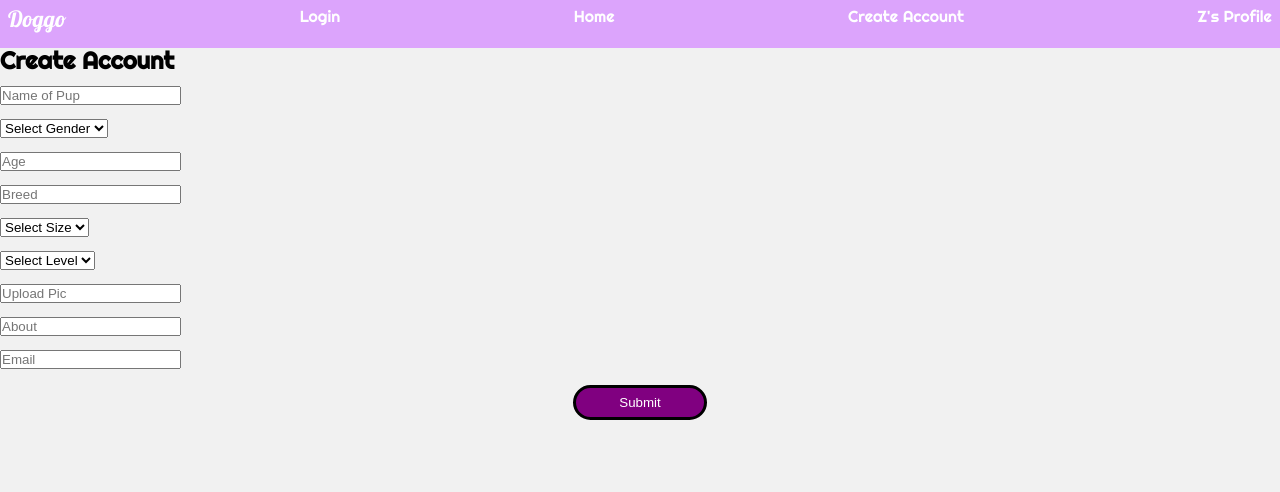
Repository: rh1456/capstone
Page: /2
The author's editor kept a copy of each file at every save. The page is drawn from the files as they stood at one save, then again after a run of saves.
The browser window is 1280 px wide. The pictures show the whole page.
Some web libraries are served in a nearby version. The project was rebuilt for these pictures with package versions that can differ from the ones it lists, and the page was loaded fresh each time. Also part of the build but not shown: src/pages/MainPage.jsx, src/pages/DoggoLandingPage.jsx, src/pages/DogProfile.jsx, src/pages/PlayDateForm.jsx, src/pages/ProfileSettings.jsx.

Above is the page before, as saved 2020-01-12 15:11:03.

### public/index.html
<!DOCTYPE html>
<html lang="en">
  <head>
    <meta charset="utf-8" />
    <link rel="shortcut icon" href="%PUBLIC_URL%/favicon.ico" />
    <meta
      name="viewport"
      content="width=device-width, initial-scale=1, shrink-to-fit=no"
    />
    <meta name="theme-color" content="#000000" />
    <!--
      manifest.json provides metadata used when your web app is added to the
      homescreen on Android. See https://developers.google.com/web/fundamentals/web-app-manifest/
    -->
    <link rel="manifest" href="%PUBLIC_URL%/manifest.json" />
    <!--
      Notice the use of %PUBLIC_URL% in the tags above.
      It will be replaced with the URL of the `public` folder during the build.
      Only files inside the `public` folder can be referenced from the HTML.

      Unlike "/favicon.ico" or "favicon.ico", "%PUBLIC_URL%/favicon.ico" will
      work correctly both with client-side routing and a non-root public URL.
      Learn how to configure a non-root public URL by running `npm run build`.
    -->
    <link
      href="https://fonts.googleapis.com/css?family=Pacifico|Permanent+Marker|Righteous|Roboto&display=swap"
      rel="stylesheet"
    />
    <link
      href="https://fonts.googleapis.com/css?family=Lobster&display=swap"
      rel="stylesheet"
    />
    <script
      src="https://kit.fontawesome.com/d7373701d1.js"
      crossorigin="anonymous"
    ></script>
    <title>Capstone</title>
  </head>
  <body>
    <noscript>
      You need to enable JavaScript to run this app.
    </noscript>
    <div id="root"></div>
    <!--
      This HTML file is a template.
      If you open it directly in the browser, you will see an empty page.

      You can add webfonts, meta tags, or analytics to this file.
      The build step will place the bundled scripts into the <body> tag.

      To begin the development, run `npm start` or `yarn start`.
      To create a production bundle, use `npm run build` or `yarn build`.
    -->
  </body>
</html>

### src/index.js
import React from 'react'
import ReactDOM from 'react-dom'
import './index.css'
// import './styles.scss'
import App from './App'

ReactDOM.render(<App />, document.getElementById('root'))

### src/index.css
@media (min-width: 320px) and (max-width: 480px) {
  :root {
    font: 16px / 1 sans-serif;
  }

  html {
    height: 100%;
  }
  body {
    margin: 0;
    min-height: 100%;
    background-color: #f1f1f1;
    font-family: 'Righteous', cursive;
  }
  .nav-bar-ul {
    display: flex;
    flex-direction: row;
    justify-content: space-between;
    margin: 0;
    height: 3rem;
    background-color: #dca4fc;
    padding: 0;
  }
  .main-nav-li {
    list-style: none;
    padding: 0.5rem;
    color: white;
  }
  .nav-logo {
    font-size: 1.4rem;
    font-family: 'Lobster', cursive;
  }
  .Nav-link {
    color: white;
    text-decoration: none;
  }
  /* Dog profile Stylings */
  .dog-profile-image {
    display: flex;
    justify-content: center;
    /* border-bottom: solid lightgrey; */
  }
  .before-div {
    border: solid black;
    display: block;
    height: 18px;
    border-radius: 50% 50% 0 0;

    bottom: calc(100% - 10px);
    right: -5px;
    left: -5px;
    background-color: blue;
  }
  .profile-image {
    height: 12rem;
    width: 8rem;
    margin: 0;
    border-radius: 8px;
    margin: 0.7rem;
  }
  .profile-about {
    display: flex;
    flex-direction: column;
    height: 5rem;
    font-size: 0.7rem;
  }
  .profile-about h1 {
    align-self: center;
  }
  .profile-about span {
    align-self: center;
    padding: 0.1rem;
  }
  .in-between {
    border-top: solid lightgrey;
    border-bottom: solid lightgrey;
    height: 3rem;
    display: flex;
    justify-content: center;
  }
  .main-about {
    border-bottom: solid lightgrey;
  }
  .profile-logo {
    margin: 0.5rem;
    height: 2rem;
    width: auto;
  }
  .meet {
    display: flex;
    flex-direction: column;
  }
  .meet h1 {
    align-self: center;
  }
  .meet p {
    padding: 1rem;
    font-size: 0.9rem;
    align-self: center;
  }
  .small-pro-pic {
    align-self: center;
    height: 4rem;
    width: auto;
    border: 2px solid black;
    border-radius: 50%;
    margin-top: 0.8rem;
  }
  .match-button {
    align-self: center;
    background-color: purple;
    height: 1.8rem;
    width: 8rem;
    border-radius: 25px;
    border: 3px solid black;
    color: white;
  }
  .playdate-link {
    color: white;
    text-decoration: none;
  }

  /* Dog Landing Stylings */
  .doggo-landing-body {
    margin: 0;
    min-height: 100%;
    background-color: #f1f1f1;
    font-family: 'Righteous', cursive;
  }
  .landing-page-logo {
    display: flex;
    justify-content: center;
    align-content: center;
    flex-direction: column;
  }
  .doggo-logo {
    height: 180px;
    width: 238px;
    align-self: center;
  }
  .doggo-text-section {
    padding-top: 2rem;
    padding-bottom: 2rem;
  }
  .doggo-text {
    display: flex;
    justify-content: center;
    align-content: center;
    font-size: 2rem;
    font-family: 'Lobster', cursive;
  }

  .landing-button {
    display: flex;
    justify-content: center;
    align-content: center;
  }
  .create-account {
    background-color: purple;
    height: 3rem;
    width: 15rem;
    border-radius: 25px;
    border: 3px solid black;
    color: white;
    font-family: 'Roboto', sans-serif;
  }
  .create-account-link {
    color: white;
    text-decoration: none;
    font-style: bold;
  }
  .existing-users {
    display: flex;
    padding-top: 3rem;
    justify-content: center;
    align-content: center;
  }
  /* Create Account Stylings */

  /* Newsfeed Stylings */
  .h1-container {
    display: flex;
    justify-content: center;
    font-size: 0.8rem;
    color: purple;
    height: 1rem;
    font-family: 'Lobster', cursive;
  }
  .newsfeed-header {
    display: flex;
    flex-direction: row;
    flex-wrap: nowrap;
    align-items: stretch;
    overflow-x: auto;
    overflow-y: hidden;
    border-bottom: solid lightgrey;
    height: 8rem;
  }
  .friend-card {
    border: solid black;
    align-self: center;
    margin: 1rem 3rem;
    padding-left: 0.8rem;
    padding-right: 0.8rem;
    border-radius: 0.5rem;
    flex-basis: 33.33%;
    flex-grow: 0;
    flex-shrink: 0;
    height: 4.7rem;
    /* width: 1rem; */
  }

  .welcome-user-message {
    display: flex;
    justify-content: center;
    font-size: 0.7rem;
    border-bottom: solid lightgrey;
  }
  .newsfeed-parent {
    display: flex;
    /* align-items: center; */
    flex-direction: column;
    margin: 1rem;
  }
  .newsfeed {
    /* align-items: stretch; */
    /* display: flex;
    flex-direction: column;
    flex-wrap: nowrap; */
    /* display: flex;
    justify-content: center; */
    width: 300px;
    height: 500px;
    overflow-y: scroll;
    overflow-x: hidden;
  }
  .card {
    max-width: 33.33%;
    padding: 0.75rem;
    margin-bottom: 2rem;
    border: 0;
    /* flex-basis: 33.33%;
    flex-grow: 0;
    flex-shrink: 0; */
  }
  .newsfeed-nav-ul {
    display: flex;
    flex-direction: row;
    font-size: smaller;
    font-style: italic;
    margin: 0rem;
    height: 2rem;
  }
  .newsfeed-nav-li {
    list-style: none;
    margin: 0;
    padding: 1rem;
  }
  .settings-link {
    text-decoration: none;
    color: black;
  }
  .mapbox {
    align-self: center;
    border: solid black;
    height: 6rem;
    width: 6rem;
  }
  /* Playdate form stylings  */

  .playdate-header {
    display: flex;
    justify-content: center;
    margin: 1.5rem;
  }
  .playdate-main {
    display: flex;
    flex-direction: column;
  }
  .playdate-input {
    align-self: center;
    margin: 0.5rem;
  }
  .form-date-submit-button {
    margin-top: 1rem;
    align-self: center;
    background-color: purple;
    height: 1.8rem;
    width: 8rem;
    border-radius: 25px;
    border: 3px solid black;
    color: white;
  }
  /* //Profile setting styling// */
}

/* End of mobile query  */

:root {
  font: 16px / 1 sans-serif;
}

html {
  height: 100%;
}
body {
  margin: 0;
  min-height: 100%;
  background-color: #f1f1f1;
  font-family: 'Righteous', cursive;
}
.nav-bar-ul {
  display: flex;
  flex-direction: row;
  justify-content: space-between;
  margin: 0;
  height: 3rem;
  background-color: #dca4fc;
  padding: 0;
}
.main-nav-li {
  list-style: none;
  padding: 0.5rem;
  color: white;
}
.nav-logo {
  padding: 0.5rem;
  color: white;
  font-size: 1.4rem;
  font-family: 'Lobster', cursive;
}
.Nav-link {
  color: white;
  text-decoration: none;
}
/* Dog profile Stylings */
.dog-profile-image {
  display: flex;
  justify-content: center;
  /* border-bottom: solid lightgrey; */
}
.before-div {
  border: solid black;
  display: block;
  height: 18px;
  border-radius: 50% 50% 0 0;

  bottom: calc(100% - 10px);
  right: -5px;
  left: -5px;
  background-color: blue;
}
.profile-image {
  height: 12rem;
  width: 8rem;
  margin: 0;
  border-radius: 8px;
  margin: 0.7rem;
}
.profile-about {
  display: flex;
  flex-direction: column;
  height: 5rem;
  font-size: 0.7rem;
}
.profile-about h1 {
  align-self: center;
}
.profile-about span {
  align-self: center;
  padding: 0.1rem;
}
.in-between {
  border-top: solid lightgrey;
  border-bottom: solid lightgrey;
  height: 3rem;
  display: flex;
  justify-content: center;
}
.main-about {
  border-bottom: solid lightgrey;
}
.profile-logo {
  margin: 0.5rem;
  height: 2rem;
  width: auto;
}
.meet {
  display: flex;
  flex-direction: column;
}
.meet h1 {
  align-self: center;
}
.meet p {
  padding: 1rem;
  font-size: 0.9rem;
  align-self: center;
}
.small-pro-pic {
  align-self: center;
  height: 4rem;
  width: auto;
  border: 2px solid black;
  border-radius: 50%;
  margin-top: 0.8rem;
}
.match-button {
  align-self: center;
  background-color: purple;
  height: 1.8rem;
  width: 8rem;
  border-radius: 25px;
  border: 3px solid black;
  color: white;
}

/* Dog Landing Stylings */
.doggo-landing-body {
  margin: 0;
  min-height: 100%;
  background-color: #f1f1f1;
  font-family: 'Righteous', cursive;
}
.landing-page-logo {
  display: flex;
  justify-content: center;
  align-content: center;
  flex-direction: column;
}
.doggo-logo {
  height: 180px;
  width: 238px;
  align-self: center;
}
.doggo-text-section {
  padding-top: 2rem;
  padding-bottom: 2rem;
}
.doggo-text {
  display: flex;
  justify-content: center;
  align-content: center;
  font-size: 2rem;
}

.landing-button {
  display: flex;
  justify-content: center;
  align-content: center;
}
.create-account {
  background-color: purple;
  height: 3rem;
  width: 15rem;
  border-radius: 25px;
  border: 3px solid black;
  color: white;
  font-family: 'Roboto', sans-serif;
}
.existing-users {
  display: flex;
  padding-top: 3rem;
  justify-content: center;
  align-content: center;
}
/* Create Account Stylings */
.create-account-div {
  display: flex;
  flex-direction: column;
  font-size: 2rem;
}
.submit-account {
  margin-top: 1rem;
  align-self: center;
  background-color: purple;
  height: 1.8rem;
  width: 8rem;
  border-radius: 25px;
  border: 3px solid black;
  color: white;
}

/* Newsfeed Stylings */
.h1-container {
  display: flex;
  justify-content: center;
  font-size: 0.8rem;
  color: purple;
  height: 1rem;
  font-family: 'Lobster', cursive;
}
.newsfeed-header {
  display: flex;
  flex-direction: row;
  flex-wrap: nowrap;
  align-items: stretch;
  overflow-x: auto;
  overflow-y: hidden;
  border-bottom: solid lightgrey;
  height: 8rem;
}
.friend-card {
  border: solid black;
  align-self: center;
  margin: 1rem 3rem;
  padding-left: 0.8rem;
  padding-right: 0.8rem;
  border-radius: 0.5rem;
  flex-basis: 33.33%;
  flex-grow: 0;
  flex-shrink: 0;
  height: 4.7rem;
  width: 1rem;
}
/* .feed-head-left-button,
  .feed-head-right-button {
    display: flex;
    justify-content: center;
    align-content: center;
    color: white;
    font-size: 2rem;
    width: 2.5rem;
    margin: 4rem 0rem;
    background-color: purple;
    border: none;
  }
  .feed-head-left-button {
    border-radius: 0rem 1rem 1rem 0rem;
  }
  .feed-head-right-button {
    border-radius: 1rem 0rem 0rem 1rem;
  }  */
.welcome-user-message {
  display: flex;
  justify-content: center;
  font-size: 0.7rem;
  border-bottom: solid lightgrey;
}
.newsfeed-parent {
  display: flex;
  justify-content: center;
  align-content: center;
}
.newsfeed {
  align-items: stretch;
  display: flex;
  flex-direction: column;
  flex-wrap: nowrap;
  display: flex;
  justify-content: center;
  width: 120px;
  height: 400px;
  overflow-y: scroll;
  overflow-x: hidden;
}
.card {
  max-width: 33.33%;
  padding: 0.75rem;
  margin-bottom: 2rem;
  border: 0;
  /* flex-basis: 33.33%;
    flex-grow: 0;
    flex-shrink: 0; */
}

### src/App.jsx
import React from 'react'
import { BrowserRouter as Router, Link, Route, Switch } from 'react-router-dom'
import MainPage from './pages/MainPage'
import DoggoLandingPage from './pages/DoggoLandingPage'
import CreateAccount from './pages/CreateAccount'
import DogProfile from './pages/DogProfile'
import PlayDateForm from './pages/PlayDateForm'
import ProfileSettings from './pages/ProfileSettings'
const App = () => {
  return (
    <Router>
      <header>
        <nav>
          <ul className="nav-bar-ul">
            <li className="nav-logo">Doggo</li>
            <li className="main-nav-li">
              <Link className="Nav-link" to="/">
                Login
              </Link>
            </li>
            <li className="main-nav-li">
              <Link className="Nav-link" to="/1">
                Home
              </Link>
            </li>
            <li className="main-nav-li">
              <Link className="Nav-link" to="/2">
                Create Account
              </Link>
            </li>
            <li className="main-nav-li">
              <Link className="Nav-link" to="/3">
                Z's Profile
              </Link>
            </li>
          </ul>
        </nav>
      </header>
      <Switch>
        <Route exact path="/" component={DoggoLandingPage}></Route>
        <Route exact path="/1" component={MainPage}></Route>
        <Route exact path="/2" component={CreateAccount}></Route>
        <Route path="/3" component={DogProfile}></Route>
        <Route path="/4" component={PlayDateForm}></Route>
        <Route path="/5" component={ProfileSettings}></Route>
      </Switch>
    </Router>
  )
}

export default App

### src/pages/CreateAccount.jsx
import React, { useEffect, useState } from 'react'
import './createAccount.css'

const CreateAccount = () => {
  const [name, setName] = useState('')
  const [gender, setGender] = useState('')
  const [age, setAge] = useState('')
  const [breed, setBreed] = useState('')
  const [size, setSize] = useState('')
  const [about, setAbout] = useState('')
  const [email, setEmail] = useState('')
  return (
    <>
      <section className="create-account-head">
        <h1 className="create-account-h1">Create Account</h1>
      </section>
      <div className="create-account-div">
        <section className="create-account-details">
          <label className="create-label" htmlFor="dogs-name"></label>
          <input
            className="create-input"
            type="text"
            placeholder="Name of Pup"
          ></input>
        </section>
        <section className="create-account-details">
          <label className="create-label" htmlFor="gender"></label>
          <select className="create-input" type="text" placeholder="Gender">
            <option value="selectGender">Select Gender</option>
            <option value="male">Male</option>
            <option value="female">Female</option>
          </select>
        </section>
        <section className="create-account-details">
          <label className="create-label" htmlFor="Age"></label>
          <input
            className="create-input"
            placeholder="Age"
            input="text"
          ></input>
        </section>
        <section className="create-account-details">
          <label className="create-label" htmlFor="Breed"></label>
          <input
            className="create-input"
            placeholder="Breed"
            input="text"
          ></input>
        </section>
        <section className="create-account-details">
          <label className="create-label" htmlFor="size"></label>
          <select className="create-input" type="text">
            <option value="">Select Size</option>
            <option value="small">Small</option>
            <option value="medium">Medium</option>
            <option value="large">Large</option>
          </select>
          <section className="create-account-details">
            <label className="create-label" htmlFor="energy"></label>
            <select className="create-input" type="text">
              <option value="">Select Level</option>
              <option value="hyper">Hyper</option>
              <option value="tame">Tame</option>
            </select>
            <section className="create-account-details">
              <label className="create-label" htmlFor="img"></label>
              <input
                placeholder="Upload Pic"
                className="create-input"
                type="url"
              ></input>
            </section>
            <section className="create-account-details">
              <label className="create-label" htmlFor="About"></label>
              <input
                className="create-input"
                placeholder="About"
                type="text"
              ></input>
            </section>
            <section className="create-account-details"></section>
            <label className="create-label" htmlFor="username"></label>
            <input
              placeholder="Email"
              className="create-input"
              type="text"
            ></input>
          </section>
        </section>
        <button className="submit-account">Submit</button>
      </div>
    </>
  )
}

export default CreateAccount

### src/pages/createAccount.css
@media (min-width: 320px) and (max-width: 480px) {
  *,
  *::after,
  *::before {
    margin: 0;
    padding: 0;
    box-sizing: inherit;
    font-size: 62, 5%;
  }

  .create-account-div {
    height: 100vh;
    width: 100%;
    /* background: #0f2027; /* fallback for old browsers */
    /* background: linear-gradient(to right, #2c5364, #203a43, #0f2027); */
    display: flex;
    justify-content: center;
    align-items: center;
    /* height: 100vh; */
    color: black;
  }
  .create-label {
    font-size: 1.2rem;
    margin-left: 1rem;
    margin-right: 1rem;
    margin-top: 0.7rem;
    display: block;
    transition: all 0.3s;
    transform: translateY(0rem);
  }
  .create-input {
    color: #333;
    font-size: 1.2rem;
    margin-left: 0;
    padding: 1.5rem 2rem;
    border-radius: 0.2rem;
    background-color: rgb(255, 255, 255);
    border: none;
    width: 90%;
    display: block;
    border-bottom: 0.3rem solid transparent;
    transition: all 0.3s;
  }

  .form__input:placeholder-shown + .form__label {
    opacity: 0;
    visibility: hidden;
    -webkit-transform: translateY(-4rem);
    transform: translateY(-4rem);
  }

  .submit-account {
    margin: 1.5rem;
    align-self: center;
    background-color: purple;
    height: 1.8rem;
    width: 8rem;
    border-radius: 25px;
    border: 3px solid black;
    color: white;
  }
  .create-account-head {
    display: flex;
    font-size: 1.5rem;
  }
  .create-account-h1 {
    align-self: center;
    padding: 1rem;
  }
  .existing-users-link {
    font-style: italic;
    text-decoration: none;
  }
}

### src/pages/profileSettings.css
*,
*::after,
*::before {
  margin: 0;
  padding: 0;
  box-sizing: inherit;
  font-size: 62, 5%;
}
.update-account-details {
  display: flex;
  margin: 1rem;
  justify-content: center;
  align-items: center;
  /* height: 100vh; */
  color: black;
}

.update-label {
  font-size: 1.2rem;
  margin-left: 2rem;
  margin-top: 0.7rem;

  display: block;
  transition: all 0.3s;
  transform: translateY(0rem);
}
.basic-slide {
  color: #333;
  font-size: 1.2rem;
  margin: 0 auto;
  padding: 1rem;
  border-radius: 0.2rem;
  background-color: rgb(255, 255, 255);
  border: none;
  width: 90%;
  display: block;
  border-bottom: 0.3rem solid transparent;
  transition: all 0.3s;
}
.basic-slide:placeholder-shown + .update-label {
  opacity: 3;
  visibility: hidden;
  -webkit-transform: translateY(-4rem);
  transform: translateY(-4rem);
}
.setting-header {
  display: flex;
  justify-content: center;
  align-items: center;
  flex-direction: column;
}
.settings-p {
  font-size: 2rem;
  margin: 2rem;
}
span {
  margin: 1rem;
}

After the next 2 saves:
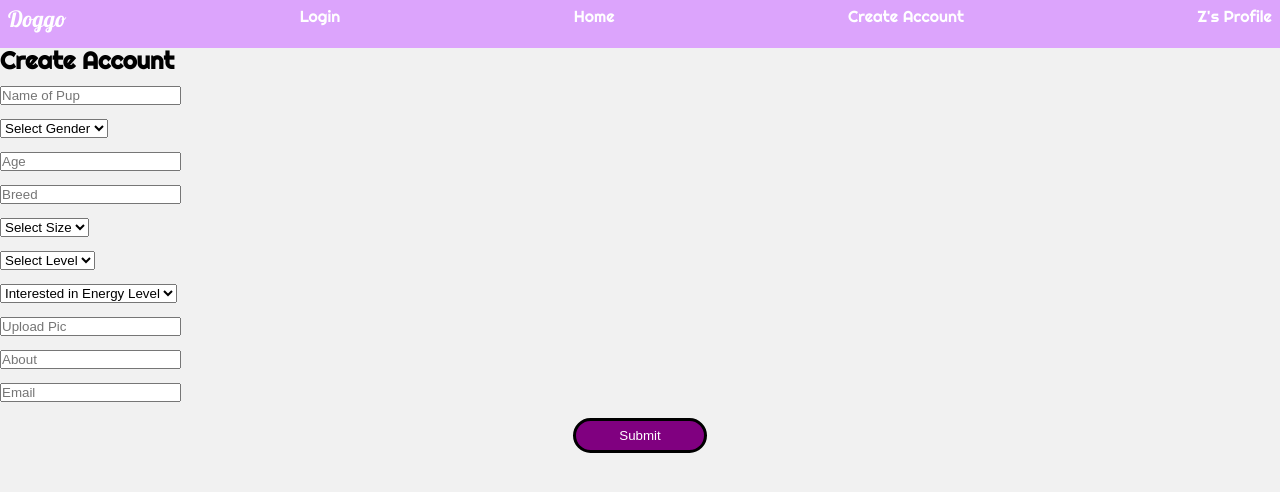
The 2 saves are shown as one change because 1 did not build or start.
The last was saved 20 h 19 min later.
--- a/src/pages/CreateAccount.jsx
+++ b/src/pages/CreateAccount.jsx
@@ -55,10 +55,19 @@ const CreateAccount = () => {
             <option value="medium">Medium</option>
             <option value="large">Large</option>
           </select>
+        </section>
+        <section className="create-account-details">
+          <label className="create-label" htmlFor="energy"></label>
+          <select className="create-input" type="text">
+            <option value="">Select Level</option>
+            <option value="friendly">Friendly</option>
+            <option value="shy">Shy</option>
+            <option value="Risky">Risky</option>
+          </select>
           <section className="create-account-details">
-            <label className="create-label" htmlFor="energy"></label>
+            <label className="create-label" htmlFor="interested"></label>
             <select className="create-input" type="text">
-              <option value="">Select Level</option>
+              <option value="">Interested in Energy Level</option>
               <option value="hyper">Hyper</option>
               <option value="tame">Tame</option>
             </select>
